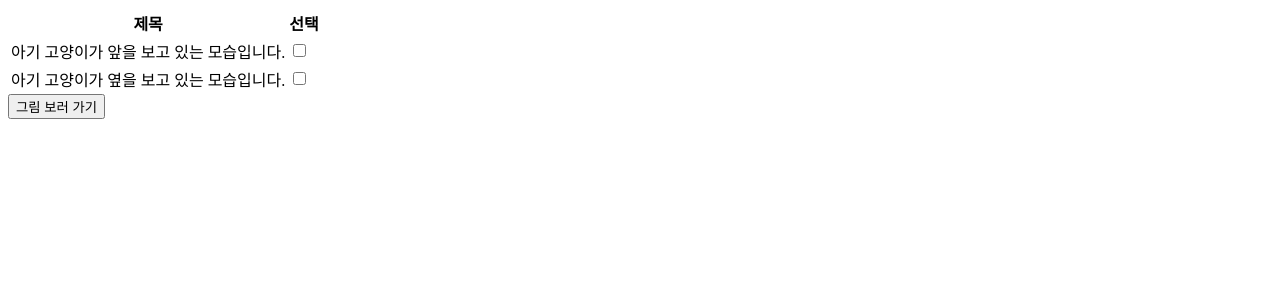
Repository: HeeMang28/jsp
Page: http://localhost/JSPBasic/jspobject/request/req_photo.jsp
The author's editor kept a copy of each file at every save. The page is drawn from the files as they stood at one save, then again after the next save.
The browser window is 1280 px wide. The pictures show the whole page.
The page is served by Tomcat 9.

Above is the page before, as saved 2022-03-25 11:50:39.

After the next save:
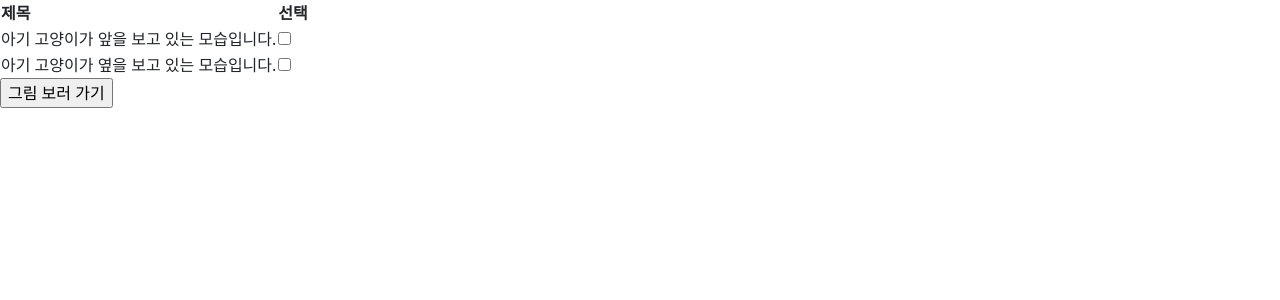
Saved 43 s later.
--- a/JSPBasic/src/main/webapp/jspobject/request/req_photo.jsp
+++ b/JSPBasic/src/main/webapp/jspobject/request/req_photo.jsp
@@ -3,6 +3,7 @@
 <!DOCTYPE html>
 <html>
 <head>
+<link href="https://cdn.jsdelivr.net/npm/bootstrap@5.1.3/dist/css/bootstrap.min.css" rel="stylesheet" integrity="sha384-1BmE4kWBq78iYhFldvKuhfTAU6auU8tT94WrHftjDbrCEXSU1oBoqyl2QvZ6jIW3" crossorigin="anonymous">
 <meta charset="UTF-8">
 <title>Insert title here</title>
 </head>
